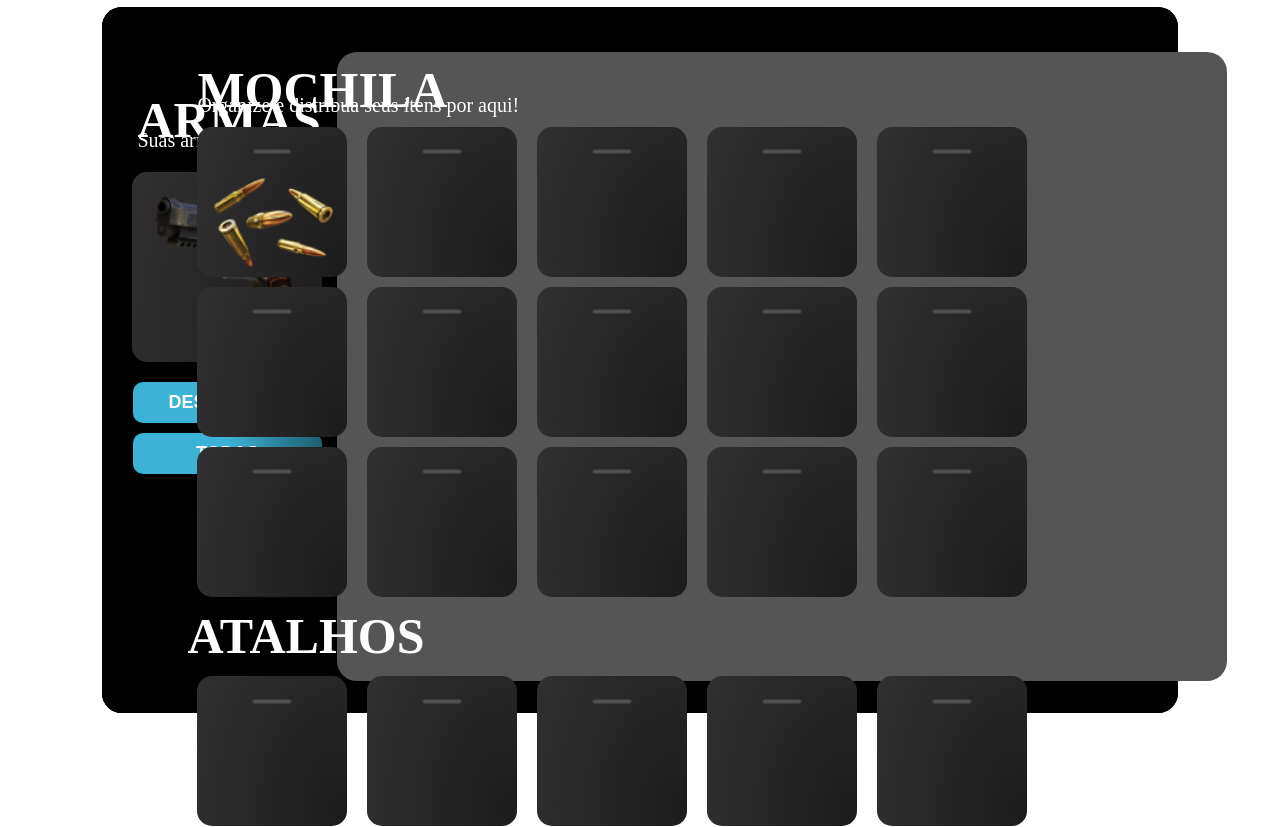
Repository: DuMCorrea/Mochila
Page: index.html
These files come from the project's save history. The page is drawn as it stood at one moment and after the next save; the edit follows.
The browser window is 1280 px wide. The pictures show the whole page.
Some web fonts or font styles are not loaded; a fallback is used.

Above is the page before, as saved 2024-09-02 23:24:54.

### index.html
<!DOCTYPE html>
<html lang="pt-BR">
<head>
    <meta charset="UTF-8">
    <meta name="viewport" content="width=device-width, initial-scale=1.0">
    <link href="https://fonts.googleapis.com/css2?family=Baloo+Bhai+2&display=swap" rel="stylesheet">
    <title>Modelo de Tela</title>
    <link rel="stylesheet" href="styles.css">
</head>
<body>
    <div class="container">
        <div class="background-rectangle">
            <div class="left-div">
                <div class="content-left">
                    <h1>ARMAS</h1>
                    <p>Suas armas equipadas!</p>
                    <div class="image-container">
                        <img src="assets/ARMA.png" alt="Imagem" />
                    </div>
                    <button class="desequipar-btn">DESEQUIPAR</button>
                    <button class="todas">TODAS</button>
                </div>
            </div>
            <div class="right-div">
                <div class="content-right">
                    <h1>MOCHILA</h1>
                    <p>Organize e distribua seus itens por aqui!</p>
                    <div class="squares-container">
                        <div class="square">
                            <img src="assets/traco.png" alt="Imagem" class="square-image-unic">
                            <img src="assets/balas.png" alt="Imagem" class="shots-image">
                        </div>
                        <div class="square">
                            <img src="assets/traco.png" alt="Imagem" class="square-image">
                        </div>
                        <div class="square">
                            <img src="assets/traco.png" alt="Imagem" class="square-image">
                        </div>
                        <div class="square">
                            <img src="assets/traco.png" alt="Imagem" class="square-image">
                        </div>
                        <div class="square">
                            <img src="assets/traco.png" alt="Imagem" class="square-image">
                        </div>
                    </div>
                    <!-- Segunda linha de quadrados -->
                    <div class="squares-containerr">
                        <div class="square">
                            <img src="assets/traco.png" alt="Imagem" class="square-image">
                        </div>
                        <div class="square">
                            <img src="assets/traco.png" alt="Imagem" class="square-image">
                        </div>
                        <div class="square">
                            <img src="assets/traco.png" alt="Imagem" class="square-image">
                        </div>
                        <div class="square">
                            <img src="assets/traco.png" alt="Imagem" class="square-image">
                        </div>
                        <div class="square">
                            <img src="assets/traco.png" alt="Imagem" class="square-image">
                        </div>
                    </div>

                    <!-- Terceira linha de quadrados -->
                    <div class="squares-containerrr">
                        <div class="square">
                            <img src="assets/traco.png" alt="Imagem" class="square-image">
                        </div>
                        <div class="square">
                            <img src="assets/traco.png" alt="Imagem" class="square-image">
                        </div>
                        <div class="square">
                            <img src="assets/traco.png" alt="Imagem" class="square-image">
                        </div>
                        <div class="square">
                            <img src="assets/traco.png" alt="Imagem" class="square-image">
                        </div>
                        <div class="square">
                            <img src="assets/traco.png" alt="Imagem" class="square-image">
                        </div>
                        </div>
                        <h2 class="atalhos-title">ATALHOS</h2>
                        <div class="shortcuts-container">
                            <div class="square">
                                <img src="assets/traco.png" alt="Imagem" class="square-image">
                            </div>
                            <div class="square">
                                <img src="assets/traco.png" alt="Imagem" class="square-image">
                            </div>
                            <div class="square">
                                <img src="assets/traco.png" alt="Imagem" class="square-image">
                            </div>
                            <div class="square">
                                <img src="assets/traco.png" alt="Imagem" class="square-image">
                            </div>
                            <div class="square">
                                <img src="assets/traco.png" alt="Imagem" class="square-image">
                            </div>
                        </div>

                        </div>
                        </div>
                        </div>
                        </div>
                        </body>

                        </html>

### styles.css
body, html {
    margin: 0;
    padding: 0;
    width: 100%;
    height: 100%;
    display: flex;
    justify-content: center;
    align-items: center;
    background-color: white; /* Fundo preto para o body */
    font-family: 'Baloo Bhai 2', cursive; /* Aplicando a fonte Baloo Bhai */
}

.container {
    width: 84%; /* Largura da div principal */
    height: 98%; /* Altura da div principal */
    display: flex;
    justify-content: center;
    align-items: center;
    background-color: #000000; /* Fundo preto para a div principal */
    border-radius: 20px; /* Canto arredondado */
    font-family: 'Baloo Bhai 2', cursive; /* Aplicando a fonte Baloo Bhai */
}

.background-rectangle {
    width: 100%;
    height: 100%;
    background: #000000; /* Fundo preto para o retângulo principal */
    border-radius: 20px; /* Cantos arredondados */
    display: flex;
}

.left-div {
    width: 22%; /* 25% da largura da tela */
    height: 100%;
    background-color: #000000; /* Fundo preto para a div esquerda */
    display: flex;
    justify-content: center;
    align-items: center;
    border-radius: 20px 0 0 20px; /* Canto arredondado à esquerda */
    font-family: 'Baloo Bhai 2', cursive; /* Aplicando a fonte Baloo Bhai */
}

.right-div {
    width: calc(110% - 20px); /* 73% da largura da tela menos a margem */
    height: calc(92% - 20px); /* 95% da altura menos a margem */
    background-color: #555555; /* Fundo cinza para a div direita */
    display: flex;
    justify-content: center;
    align-items: center;
    margin: 45px; /* Margem em torno da div da direita */
    border-radius: 20px; /* Cantos arredondados */
    font-family: 'Baloo Bhai 2', cursive; /* Aplicando a fonte Baloo Bhai */
}


/* DIV DA ESQUERDA */

.content-left {
    text-align: justify; /* Justifica o texto */
    display: flex;
    flex-direction: column;
    justify-content: flex-start; /* Alinha os elementos ao topo da div */
    align-items: center; /* Centraliza horizontalmente */
    height: 100%; /* Ocupa toda a altura da div esquerda */
    padding-top: 100px; /* Adiciona um espaçamento do topo */
}

.left-div h1 {
    color: white; /* Cor branca para o título */
    font-size: 50px; /* Tamanho da fonte do título */
    margin-bottom: -20px; /* Espaçamento negativo para aproximar o parágrafo */
    font-weight: 900;
    width: 100%; /* Para garantir que a justificação funcione */
    text-align: justify; /* Justifica o texto do título */
    position: relative;
    left: 35px;
}

.left-div p {
    color: white; /* Cor branca para a frase */
    font-size: 20px; /* Tamanho da fonte da frase */
    margin-top: 0; /* Remove a margem superior do parágrafo */
    width: 100%; /* Para garantir que a justificação funcione */
    text-align: justify; /* Justifica o texto da frase */
    font-weight: 100;
    position: relative;
    left: 35px;
}

.image-container {
    width: 190px; /* Largura do quadrado */
    height: 190px; /* Altura do quadrado */
    background: radial-gradient(547.21% 823.76% at 94.51% 88.04%, #1D1C1C 0%, #837E7E 100%); /* Fundo com gradiente */
    border-radius: 15px; /* Borda arredondada */
    display: flex;
    justify-content: center;
    align-items: center;
    margin-top: 0px; /* Espaçamento acima da imagem */
    position: relative;
    left: 30px;
}

.image-container img {
    width: 85%; /* Ajusta o tamanho da imagem para caber no container */
    height: 85%; /* Ajusta o tamanho da imagem para caber no container */
    border-radius: 15px; /* Borda arredondada da imagem para combinar com o container */
}

.desequipar-btn {
    margin-top: 20px; /* Espaçamento acima do botão */
    padding: 10px 20px; /* Espaçamento interno do botão */
    background: linear-gradient(90deg, #3CB3D6 49.9%, #1F5E70 100%); /* Fundo com gradiente */
    color: white; /* Cor do texto */
    font-size: 18px; /* Tamanho da fonte */
    font-weight: bold; /* Negrito no texto */
    border: none; /* Remove a borda padrão do botão */
    border-radius: 10px; /* Bordas arredondadas */
    cursor: pointer; /* Cursor de ponteiro ao passar o mouse */
    text-align: center; /* Centraliza o texto no botão */
    width: 189px; /* Largura do botão */
    position: relative;
    left: 30px;
}

.todas {
    margin-top: 10px; /* Espaçamento acima do botão */
    padding: 10px 20px; /* Espaçamento interno do botão */
    background: linear-gradient(90deg, #3CB3D6 49.9%, #1F5E70 100%); /* Fundo com gradiente */
    color: white; /* Cor do texto */
    font-size: 18px; /* Tamanho da fonte */
    font-weight: bold; /* Negrito no texto */
    border: none; /* Remove a borda padrão do botão */
    border-radius: 10px; /* Bordas arredondadas */
    cursor: pointer; /* Cursor de ponteiro ao passar o mouse */
    text-align: center; /* Centraliza o texto no botão */
    width: 189px; /* Largura do botão */
    position: relative;
    left: 30px;
}


/* DIV DA DIREITA */


.content-right {
    display: flex;
    flex-direction: column;
    justify-content: flex-start; /* Alinha os elementos ao topo da div */
    align-items: flex-start; /* Alinha os elementos à esquerda */
    height: 100%; /* Ocupa toda a altura da div direita */
    padding: 20px; /* Adiciona um espaçamento interno */
}

.right-div h1 {
    color: white; /* Cor branca para o título */
    font-size: 50px; /* Tamanho da fonte do título */
    margin-bottom: -20px; /* Espaçamento negativo para aproximar o parágrafo */
    font-weight: 900;
    width: 100%; /* Para garantir que a justificação funcione */
    text-align: left; /* Alinha o texto à esquerda */
    position: relative; /* Posicionamento relativo para o elemento abaixo */
    right: 160px;
    bottom: 25px;
}

.right-div p {
    color: white; /* Cor branca para a frase */
    font-size: 20px; /* Tamanho da fonte da frase */
    margin-top: 0; /* Remove a margem superior do parágrafo */
    width: 100%; /* Para garantir que a justificação funcione */
    text-align: left; /* Alinha o texto à esquerda */
    font-weight: 100;
    position: relative; /* Posicionamento relativo para o elemento abaixo */
    right: 160px;
    bottom: 30px;
}

.squares-container {
    display: flex; /* Exibe os quadrados em linha */
    justify-content: center; /* Centraliza os quadrados horizontalmente */
    align-items: center; /* Centraliza os quadrados verticalmente */
    width: 100%; /* Largura total para o contêiner */
    height: 50%; /* Altura do contêiner */
    position: relative;
    right: 170px;
    bottom: 40px;
}

.squares-containerr {
    display: flex; /* Exibe os quadrados em linha */
    justify-content: center; /* Centraliza os quadrados horizontalmente */
    align-items: center; /* Centraliza os quadrados verticalmente */
    width: 100%; /* Largura total para o contêiner */
    height: 50%; /* Altura do contêiner */
    position: relative;
    right: 170px;
    bottom: 30px;

}
.squares-containerrr {
    display: flex; /* Exibe os quadrados em linha */
    justify-content: center; /* Centraliza os quadrados horizontalmente */
    align-items: center; /* Centraliza os quadrados verticalmente */
    width: 100%; /* Largura total para o contêiner */
    height: 50%; /* Altura do contêiner */
    position: relative;
    right: 170px;
    bottom: 20px;
}

.square {
    width: 150px; /* Largura dos quadrados */
    height: 150px; /* Altura dos quadrados */
    background: radial-gradient(547.21% 823.76% at 94.51% 88.04%, #1D1C1C 0%, #837E7E 100%); /* Gradiente de fundo */
    border-radius: 15px; /* Bordas arredondadas */
    margin: 0 10px 0px 10px; /* Espaçamento entre os quadrados e entre as linhas */
    display: flex;
    justify-content: center; /* Centraliza horizontalmente o conteúdo */
    align-items: center; /* Centraliza verticalmente o conteúdo */
}

.square-image {
    width: 40px; /* Tamanho da imagem dentro dos quadrados */
    height: 5px;
    position: relative;
    bottom: 50px;
}

.square-image-unic {
    width: 40px; /* Tamanho da imagem dentro dos quadrados */
    height: 5px;
    position: relative;
    bottom: 50px;
    left: 67px;
}

.shots-image {
    width: 90%; /* Tamanho da imagem dentro dos quadrados */
    height: 60%;
    position: relative;
    top: 20px;
    right: 20px;
}

.atalhos-title {
    color: white;
    font-size: 50px;
    font-weight: 900;
    margin-top: 20px;
    text-align: center;
    position: relative;
    right: 170px;
    bottom: 30px;
}

.shortcuts-container {
    display: flex;
    justify-content: center;
    align-items: center;
    width: 100%;
    position: relative;
    right: 170px;
    bottom: 60px;
}

After the next save:
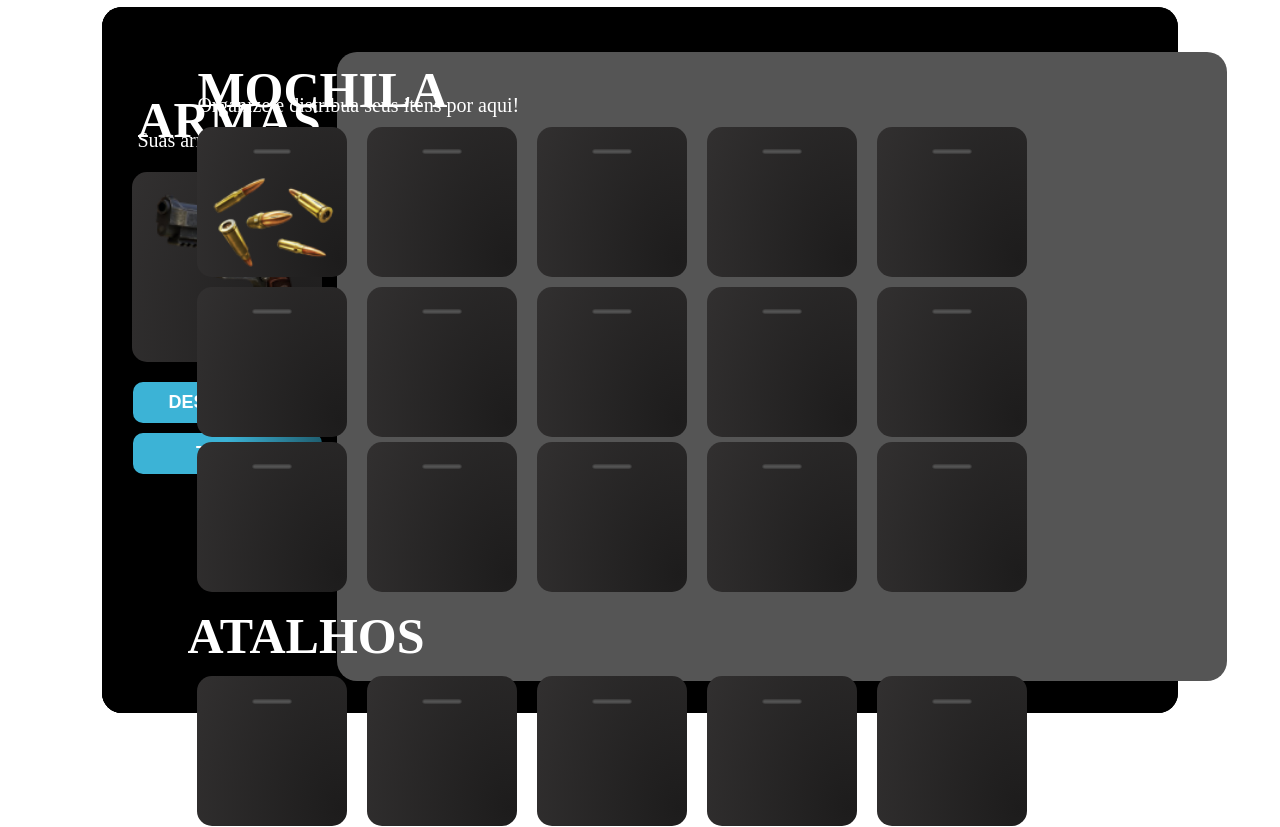
Saved 9 s later.
--- a/styles.css
+++ b/styles.css
@@ -205,7 +205,7 @@
     height: 50%; /* Altura do contêiner */
     position: relative;
     right: 170px;
-    bottom: 20px;
+    bottom: 25px;
 }
 
 .square {

After the save that followed:
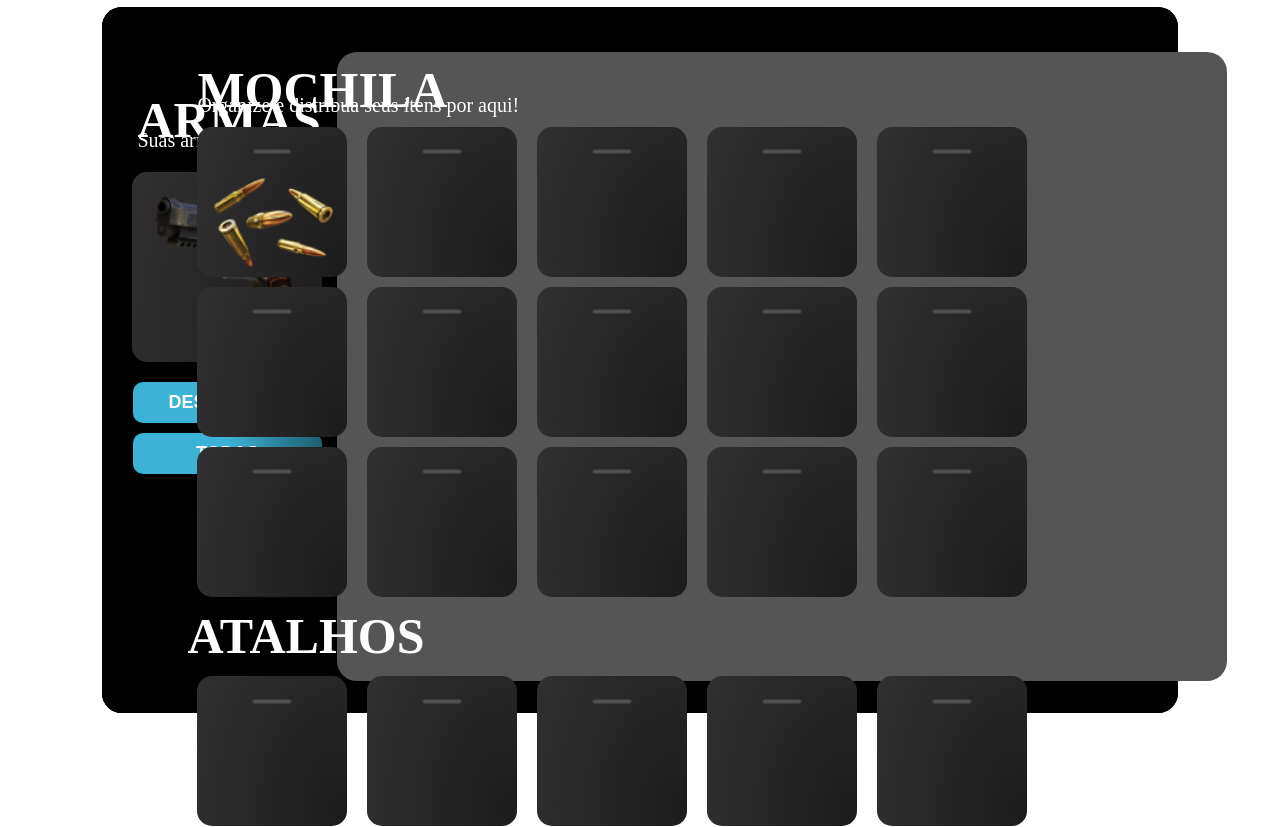
Saved 4 s later.
--- a/styles.css
+++ b/styles.css
@@ -205,7 +205,7 @@
     height: 50%; /* Altura do contêiner */
     position: relative;
     right: 170px;
-    bottom: 25px;
+    bottom: 20px;
 }
 
 .square {
